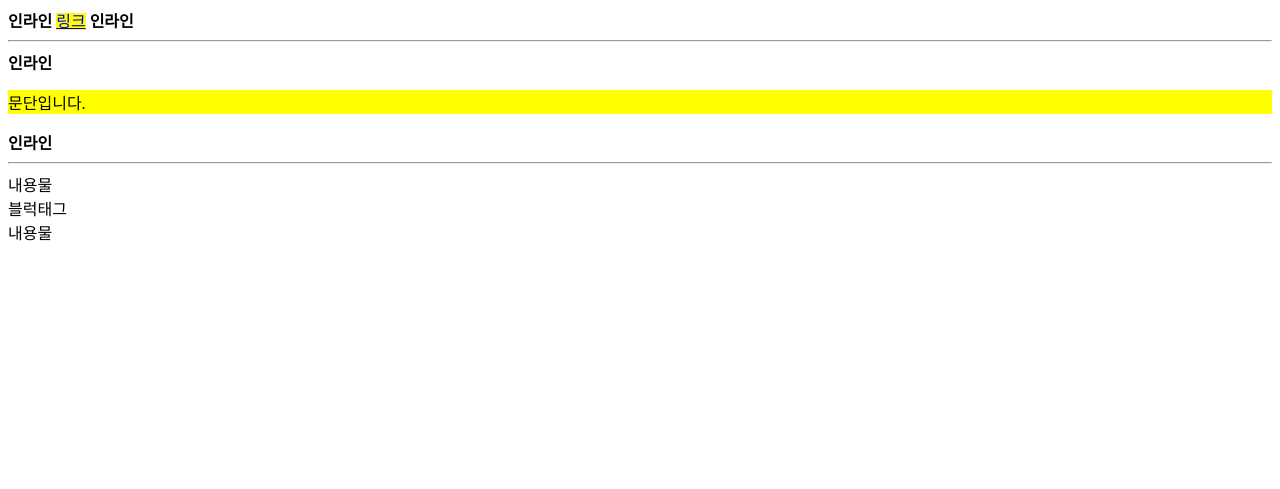
Repository: Chun0903/classStudy_github.io
Page: client/ClientTest/WebContent/ex11_tag.html
These files come from the project's save history. The page is drawn as it stood at one moment and after the next save; the edit follows.
The browser window is 1280 px wide. The pictures show the whole page.

Above is the page before, as saved 2020-06-19 03:24:19.

After the next save:
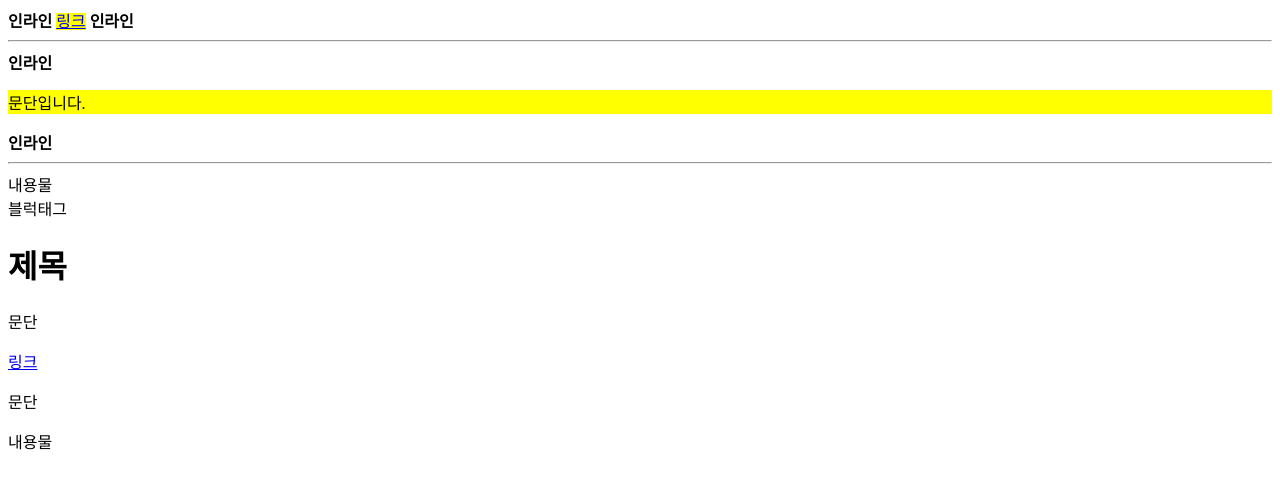
Saved 66 s later.
--- a/client/ClientTest/WebContent/ex11_tag.html
+++ b/client/ClientTest/WebContent/ex11_tag.html
@@ -46,6 +46,10 @@
 	내용물
 	<div>
 		블럭태그
+		<h1>제목</h1>
+		<p>문단</p>
+		<a href="#">링크</a>
+		<p>문단</p>
 	</div>
 	내용물
 
